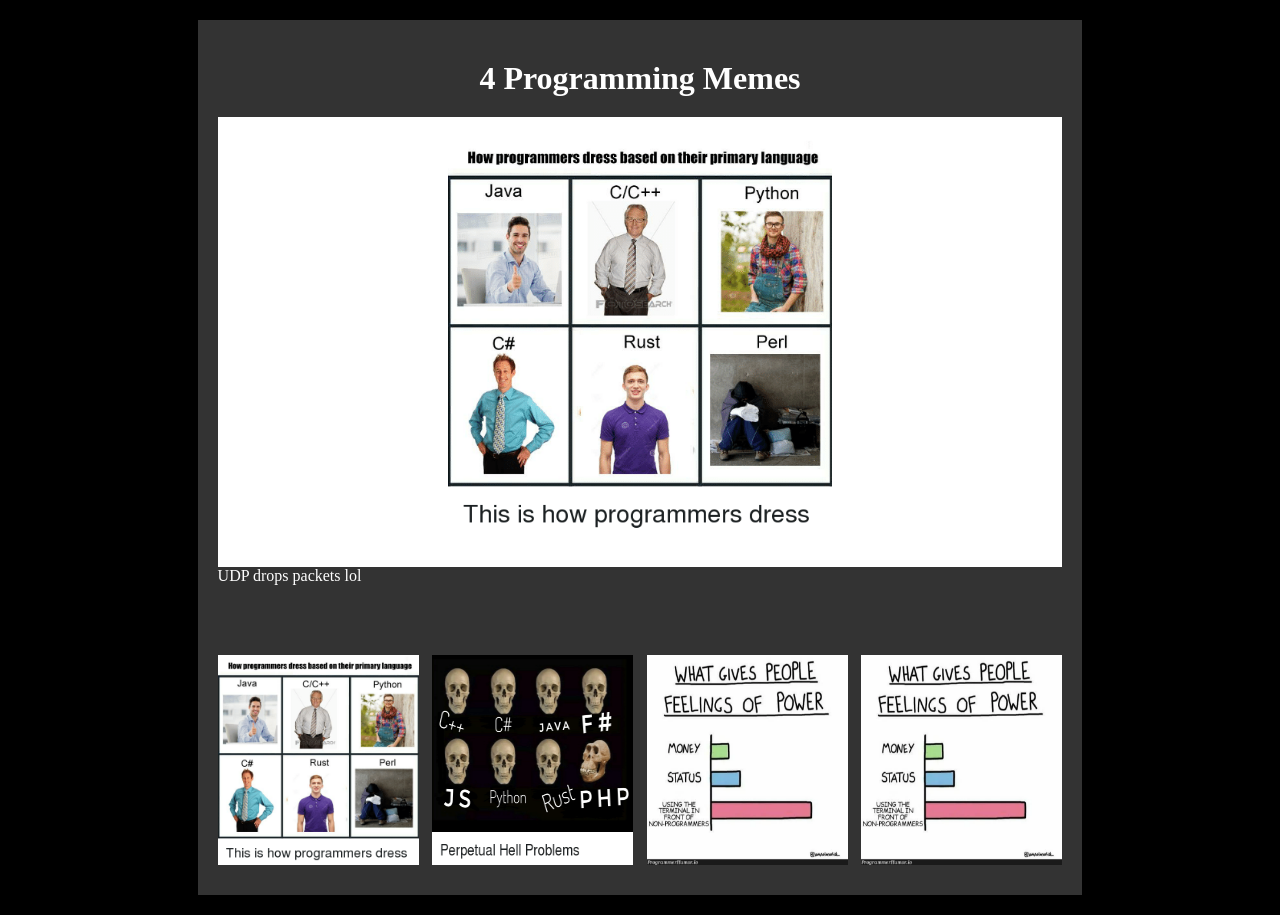
Repository: apopheny/JS230
Page: slideshow/index.html
These files come from the project's save history. The page is drawn as it stood at one moment and after the next save; the edit follows.
The browser window is 1280 px wide. The pictures show the whole page.

Above is the page before, as saved 2024-02-05 14:08:10.
Console error: ReferenceError: func is not defined

After the next save:
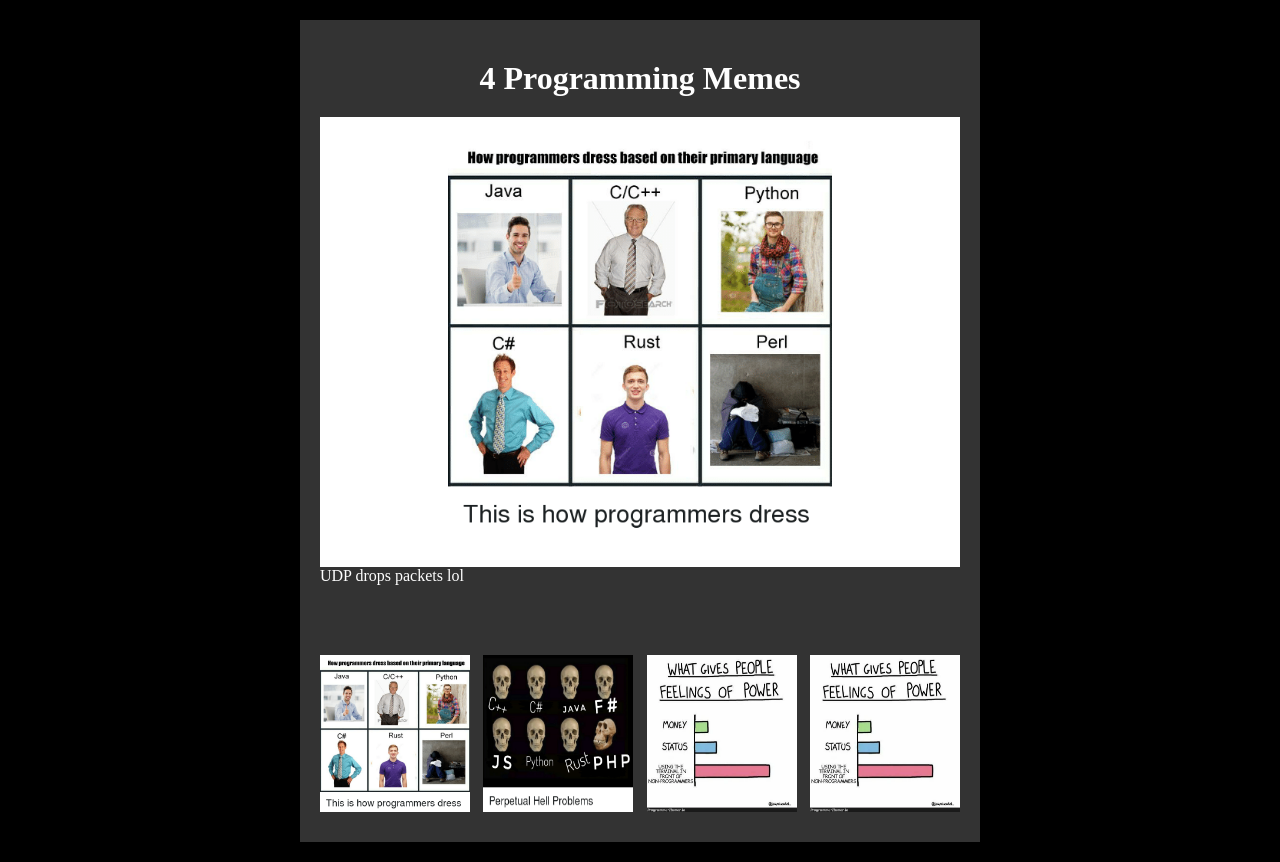
Saved 35 s later.
--- a/slideshow/stylesheets/slideshow.css
+++ b/slideshow/stylesheets/slideshow.css
@@ -13,7 +13,7 @@
   flex-direction: column;
   align-items: center;
   width: 90%; /* Make it responsive to the viewport width */
-  max-width: 66vw; /* Set a max-width to prevent it from becoming too large */
+  max-width: 50vw; /* Set a max-width to prevent it from becoming too large */
   min-height: 100vh; /* Minimum height to take up more viewport space */
   background-color: #333;
   padding: 20px;
